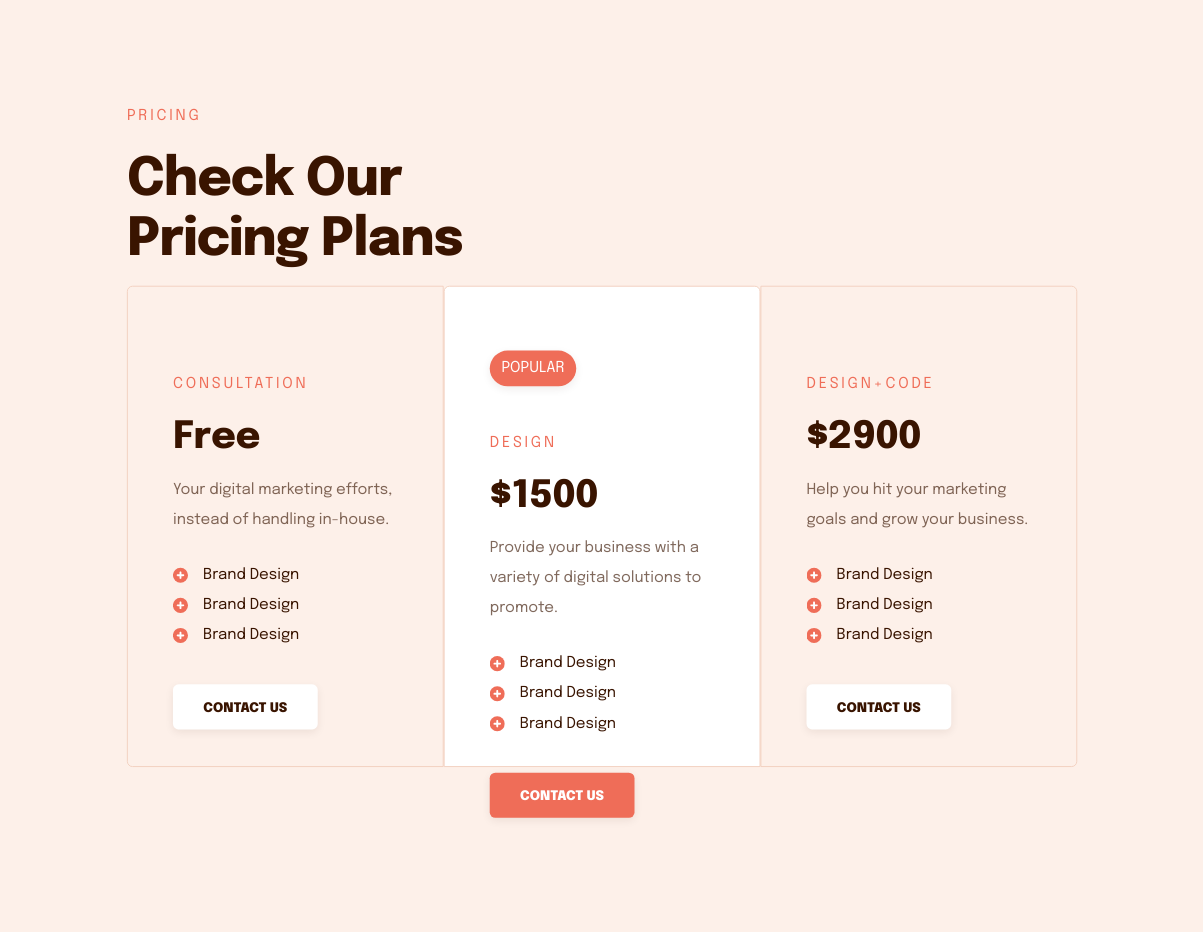
Repository: simralgasimov/pricing
Page: index.html
An editor plug-in stored every save of this project. The page is shown before and after the next save, followed by the edit.
The browser window is 1280 px wide. The pictures show the whole page, at 94% of full size.

Above is the page before, as saved 2023-09-11 13:19:53.

After the next save:
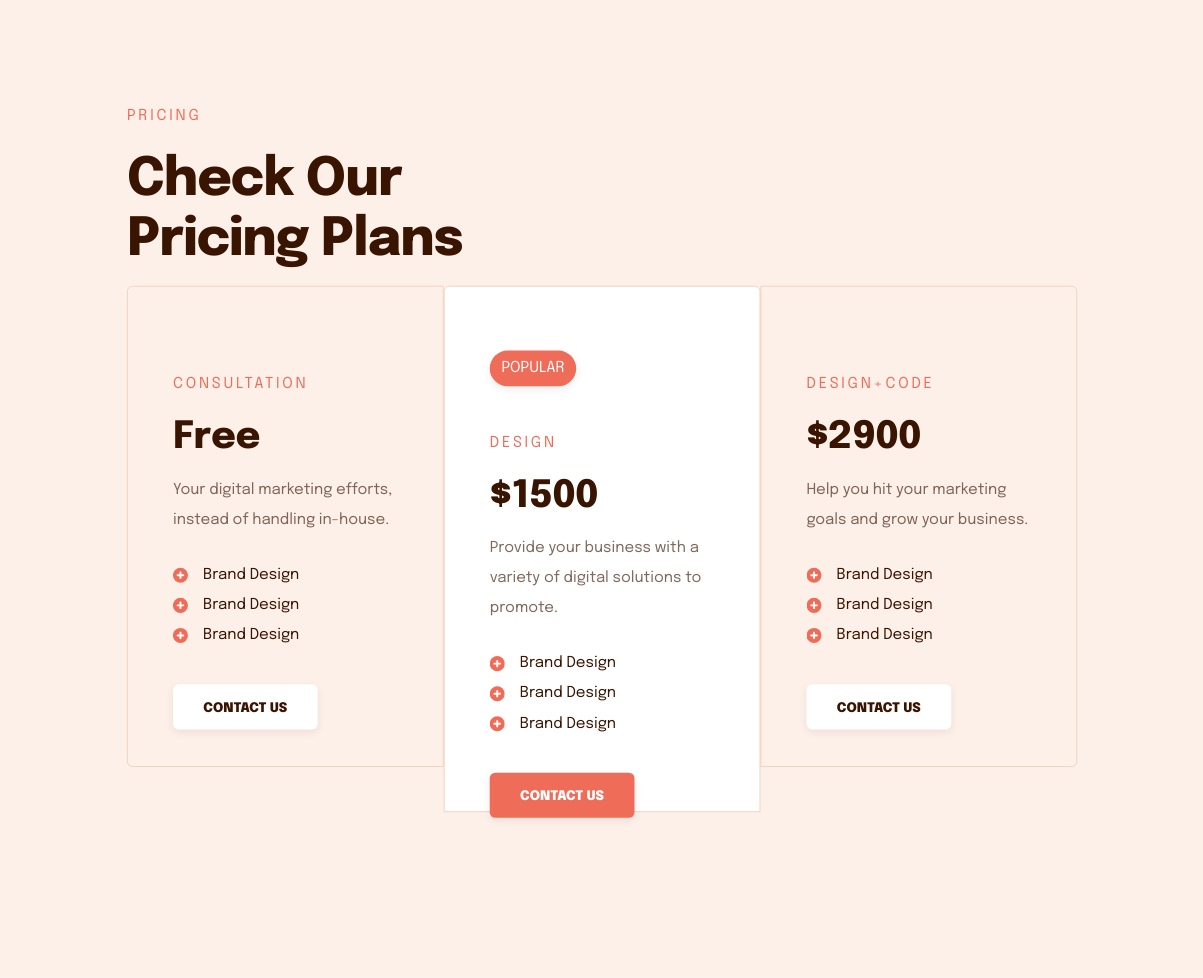
Saved 4 s later.
--- a/index.css
+++ b/index.css
@@ -46,7 +46,7 @@
   height: 512px;
 }
 .container .box-container .box:nth-child(2) {
-  height: 512px;
+  height: 560px;
 }
 
 .container .box-container .box h3 {
